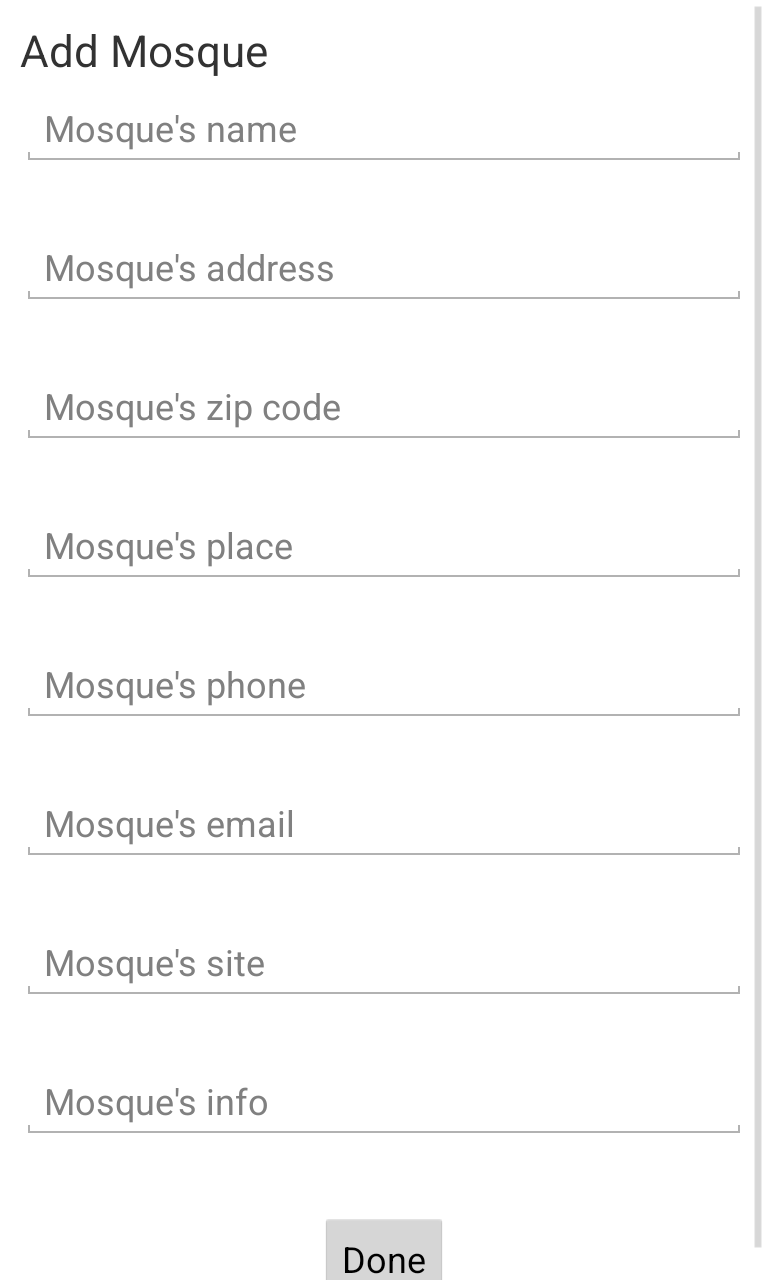
Repository: Osamah/Afstudeerwerk
Layout: NativeApp/SecondPillar/res/layout/activity_addmosque.xml
These files come from the project's save history. The layout is drawn as it stood at one moment and after the next save; the edit follows.
It is drawn on a 768 x 1280 px phone screen (xhdpi) without system bars, with theme AppTheme; the app's code is not run.

Above is the layout before, as saved 2013-01-05 21:27:35.

### NativeApp/SecondPillar/res/layout/activity_addmosque.xml
<?xml version="1.0" encoding="utf-8"?>

<!-- ScrollView to scroll vertical down the page -->
<ScrollView
    xmlns:android="http://schemas.android.com/apk/res/android"
    android:id="@+id/ScrollView01"
    android:layout_width="fill_parent"
    android:layout_height="wrap_content"
    android:scrollbars="vertical">

    <LinearLayout
        android:layout_width="match_parent"
        android:layout_height="wrap_content"
        android:layout_margin="10dp"
        android:orientation="vertical" >

		<TextView
		    android:id="@+id/lblAddMosque"
		    android:layout_width="wrap_content"
		    android:layout_height="wrap_content"
		    android:text="@string/lblAddMosque"
		    android:textSize="10pt"
		    android:layout_marginBottom="5dp"
		   >
		</TextView>

        <EditText
            android:id="@+id/txtMosqueName"
            android:layout_width="fill_parent"
            android:layout_height="wrap_content"
            android:hint="@string/txtMosqueName"
            android:inputType="textCapWords"
            style="@style/txtBoxes">

		</EditText>

        <EditText
		    android:id="@+id/txtMosqueAddress"
		    android:layout_height="wrap_content"
		    android:hint="@string/txtMosqueAddress"
		    android:inputType="textPostalAddress"
		    android:layout_width="fill_parent"
		    style="@style/txtBoxes">
		</EditText>

        <EditText
            android:id="@+id/txtMosqueZipCode"
            android:layout_width="fill_parent"
            android:layout_height="wrap_content"
            android:hint="@string/txtMosqueZipCode"
            android:inputType="number"
            style="@style/txtBoxes" >
		</EditText>

        <EditText
            android:id="@+id/txtMosquePlace"
            android:layout_width="fill_parent"
            android:layout_height="wrap_content"
            android:hint="@string/txtMosquePlace"
            android:inputType="textPostalAddress"
            style="@style/txtBoxes">
		</EditText>

        <EditText
            android:id="@+id/txtMosquePhone"
            android:layout_width="fill_parent"
            android:layout_height="wrap_content"
            android:hint="@string/txtMosquePhone"
            android:inputType="phone"
            style="@style/txtBoxes">
		</EditText>

        <EditText
            android:id="@+id/txtMosqueMail"
            android:layout_width="fill_parent"
            android:layout_height="wrap_content"
            android:hint="@string/txtMosqueMail"
            android:inputType="textEmailAddress"
            style="@style/txtBoxes">
		</EditText>

        <EditText
            android:id="@+id/txtMosqueSite"
            android:layout_width="fill_parent"
            android:layout_height="wrap_content"
            android:hint="@string/txtMosqueSite"
            android:inputType="textUri"
            style="@style/txtBoxes">
		</EditText>

        <EditText
            android:id="@+id/txtMosqueInfo"
            android:layout_width="fill_parent"
            android:layout_height="wrap_content"
            android:hint="@string/txtMosqueInfo"
            android:inputType="textMultiLine"
            style="@style/txtBoxes" >
		</EditText>

        <RelativeLayout
            android:layout_width="fill_parent"
            android:layout_height="wrap_content"
            android:layout_marginTop="5dp">

            <Button
            android:id="@+id/btnAddMosque"
            android:layout_width="wrap_content"
            android:layout_height="wrap_content"
            android:text="@string/btnAddMosque"
            android:layout_centerInParent="true"
        />

        </RelativeLayout>



    </LinearLayout>
</ScrollView>

### NativeApp/SecondPillar/res/values/styles.xml
<resources>

    <!--
        Base application theme, dependent on API level. This theme is replaced
        by AppBaseTheme from res/values-vXX/styles.xml on newer devices.
    -->
    <style name="AppBaseTheme" parent="android:Theme.Light">
        <!--
            Theme customizations available in newer API levels can go in
            res/values-vXX/styles.xml, while customizations related to
            backward-compatibility can go here.
        -->
    </style>

    <!-- Application theme. -->
    <style name="AppTheme" parent="AppBaseTheme">
        <!-- All customizations that are NOT specific to a particular API-level can go here. -->µ

    </style>




    <!-- /////////////////\\\\\\\\\\\\\\\\\\\\\ -->
    <style name="txtBoxes">

        <item name="android:layout_marginBottom">30dp</item>

    </style>

</resources>

### NativeApp/SecondPillar/res/values/strings.xml
<?xml version="1.0" encoding="utf-8"?>
<resources>

    <string name="app_name">Second Pillar</string>

    <!-- Menu -->
    <string name="menu_search">Search</string>


    <!-- Option Menu -->
	<string name="option_settings">Settings</string>
	<string name="option_about">About</string>


	<!-- Settings -->
	<string name="notifications">Notifications</string>

	<string name="prayingWhere">Where to pray?</string>
	<string name="prayHome">Home</string>
	<string name="prayMosque">Mosque</string>

	<string name="NotificationsPraying">When to pray?</string>
	<string name="inAdvance">In advance</string>
	<string name="onTime">On time</string>


	<!-- About -->
	<string name="about">If you have any questions just call me maybe</string>


    <!-- Prayer -->
    <string name="headerCol1">Prayer</string>
    <string name="headerCol2">Time</string>
    <string name="headerCol3">L</string>

    <string name="prayer1">Fajr</string>
    <string name="prayer2">Dhor</string>
    <string name="prayer3">Asr</string>
    <string name="prayer4">Magreb</string>
    <string name="prayer5">Isha</string>

    <string name="prayerTime1">5h25</string>
    <string name="prayerTime2">12h30</string>
    <string name="prayerTime3">15h37</string>
    <string name="prayerTime4">18h48</string>
    <string name="prayerTime5">21h00</string>


    <!-- Favorite -->


    <!-- Add Mosque -->
    <string name="lblAddMosque">Add Mosque</string>
    <string name="txtMosqueName">Mosque\'s name</string>
    <string name="txtMosqueAddress">Mosque\'s address</string>
    <string name="txtMosqueZipCode">Mosque\'s zip code</string>
    <string name="txtMosquePlace">Mosque\'s place</string>
  	<string name="txtMosquePhone">Mosque\'s phone</string>
  	<string name="txtMosqueMail">Mosque\'s email</string>
    <string name="txtMosqueSite">Mosque\'s site</string>
    <string name="txtMosqueInfo">Mosque\'s info</string>
    <string name="btnAddMosque">Done</string>

    <!-- Search Mosque -->
    <string name="searchAddress">Address</string>


</resources>

Loaded but not shown: NativeApp/SecondPillar/res/values-v11/styles.xml (common file); NativeApp/SecondPillar/res/values-v14/styles.xml (common file)

After the next save:
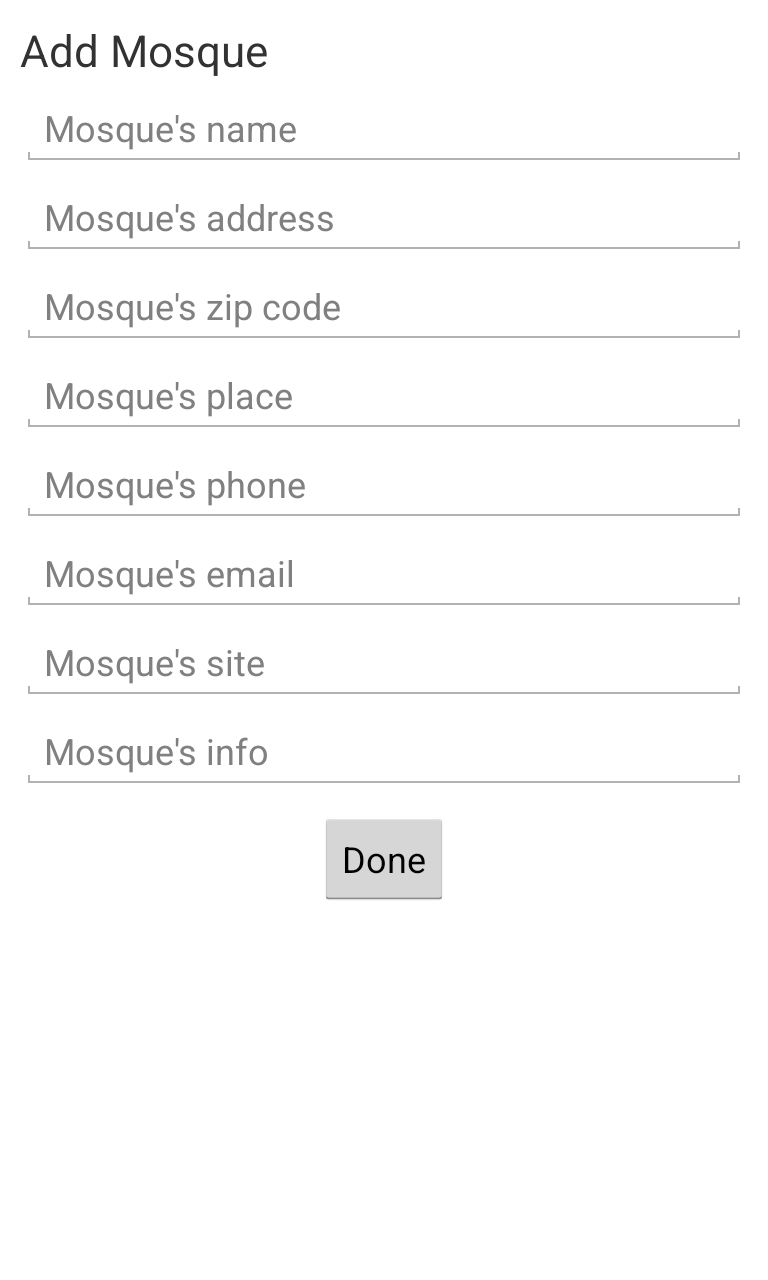
Saved 18 s later.
--- a/NativeApp/SecondPillar/res/values/styles.xml
+++ b/NativeApp/SecondPillar/res/values/styles.xml
@@ -24,7 +24,7 @@
     <!-- /////////////////\\\\\\\\\\\\\\\\\\\\\ -->
     <style name="txtBoxes">
 
-        <item name="android:layout_marginBottom">30dp</item>
+        <item name="android:layout_marginBottom">5dp</item>
 
     </style>
 
